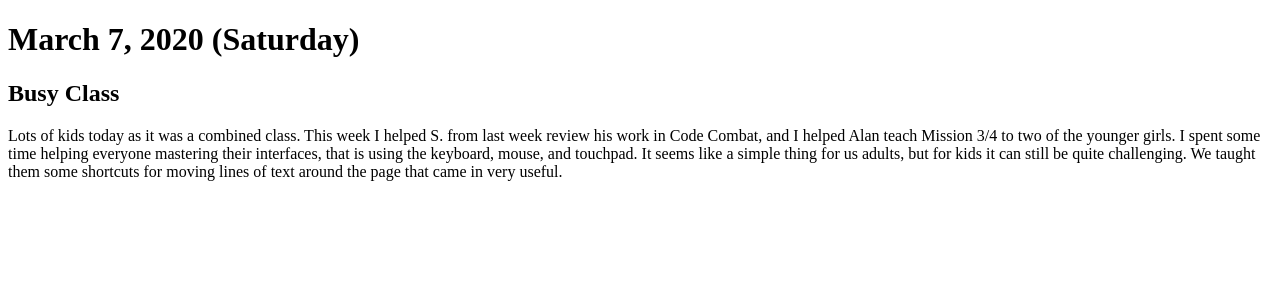
Repository: chocochocosensei/Mission-Exercises
Page: page2/index.html
The author's editor kept a copy of each file at every save. The page is drawn from the files as they stood at one save, then again after the next save.
The browser window is 1280 px wide. The pictures show the whole page.

Above is the page before, as saved 2020-03-10 02:34:22.

After the next save:
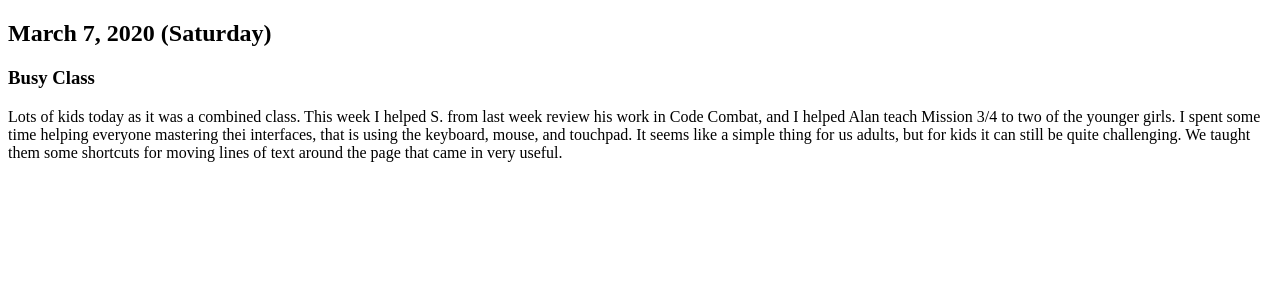
Saved 8 min 16 s later.
--- a/page2/index.html
+++ b/page2/index.html
@@ -10,23 +10,36 @@
 </head>
 
 <body>
-    <header>
-        <h1 id="march-7-2020-saturday">March 7, 2020 (Saturday)</h1>
-        <p></p>
-        <p></p>
-    </header>
+    <section>
+        <div class="section-title">
+            <h2 id="march-7-2020-saturday">March 7, 2020 (Saturday)</h2>
+        </div>
+        <div class="section-activity">
+            <div class="card">
+                <div class="title">
+                    <h3 id="busy-class">Busy Class</h3>
+                </div>
+                <div class="content">
+                    <p>Lots of kids today as it was a combined class. This week I helped S. from last week review his work in Code Combat, and I helped Alan teach Mission 3/4 to two of the younger girls. I spent some time helping everyone mastering thei
+                        interfaces, that is using the keyboard, mouse, and touchpad. It seems like a simple thing for us adults, but for kids it can still be quite challenging. We taught them some shortcuts for moving lines of text around the page that
+                        came in very useful.</p>
+                </div>
+            </div>
 
-    <div class="section-title">
-        <h2 id="busy-class">Busy Class</h2>
-        <p>Lots of kids today as it was a combined class. This week I helped S. from last week review his work in Code Combat, and I helped Alan teach Mission 3/4 to two of the younger girls. I spent some time helping everyone mastering their interfaces,
-            that is using the keyboard, mouse, and touchpad. It seems like a simple thing for us adults, but for kids it can still be quite challenging. We taught them some shortcuts for moving lines of text around the page that came in very useful.</p>
-    </div>
+            <div class="card hidden">
+                <div class="title">
+                    <h3 id="busy-class">Hours</h3>
+                </div>
+                <div class="content">
+                    <p>Class: 10:30-12:30</p>
+                    <p>Hours: 2</p>
+                </div>
 
-    <div class="hours hidden">
-        <h2 id="hours">Hours</h2>
-        <p>Class: 10:30-12:30</p>
-        <p>Hours: 2</p>
-    </div>
+            </div>
+        </div>
+    </section>
+
+
 </body>
 
 </html>
